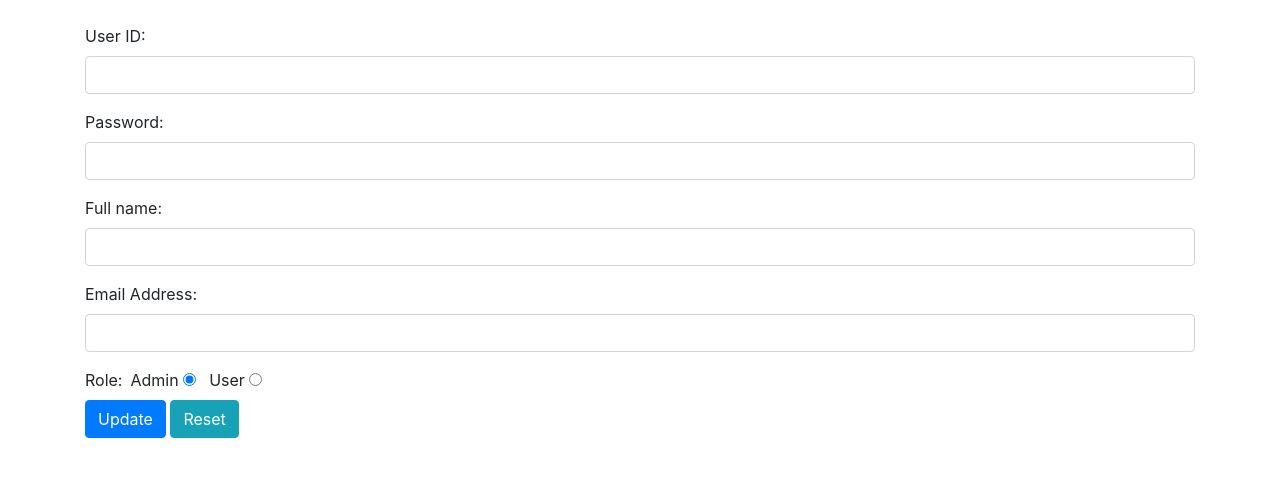
Repository: Hai-Nguyen-21/CRUD_Hibernate
Page: http://localhost/CRUD_Hibernate/views/FormUpdate.jsp
The author's editor kept a copy of each file at every save. The page is drawn from the files as they stood at one save, then again after the next save.
The browser window is 1280 px wide. The pictures show the whole page.
The page is served by Tomcat 9.

Above is the page before, as saved 2021-09-05 06:46:18.

After the next save:
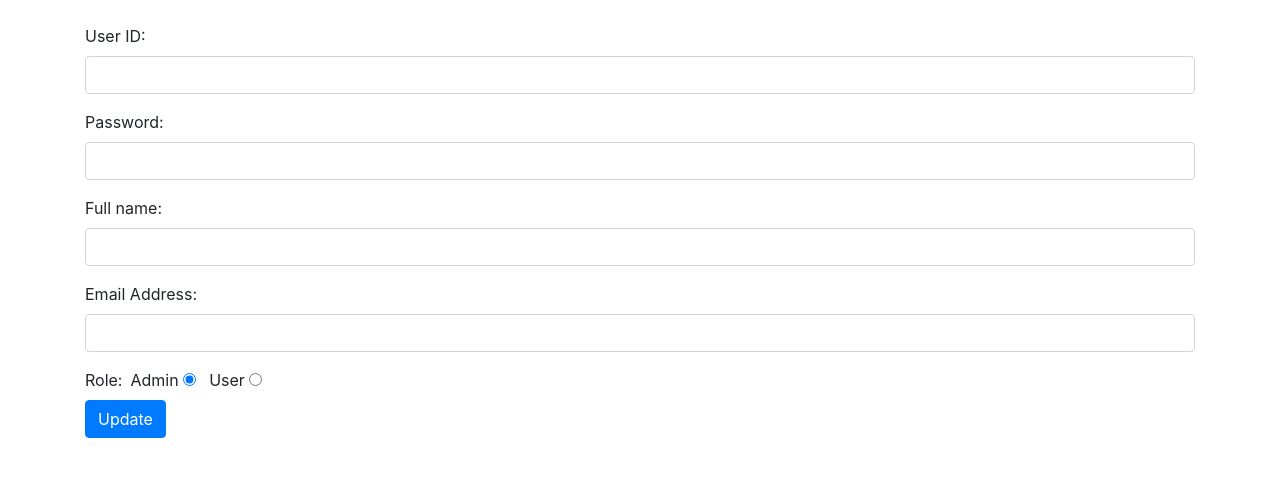
Saved 3 min 4 s later.
--- a/CRUD_Hibernate/src/main/webapp/views/FormUpdate.jsp
+++ b/CRUD_Hibernate/src/main/webapp/views/FormUpdate.jsp
@@ -45,7 +45,6 @@
 					</div>
 					<div class = form-froup>
 						<button class = "btn btn-primary" >Update</button>
-						<button class = "btn btn-info" >Reset</button>
 					</div>
 				</form>
 			</div>
